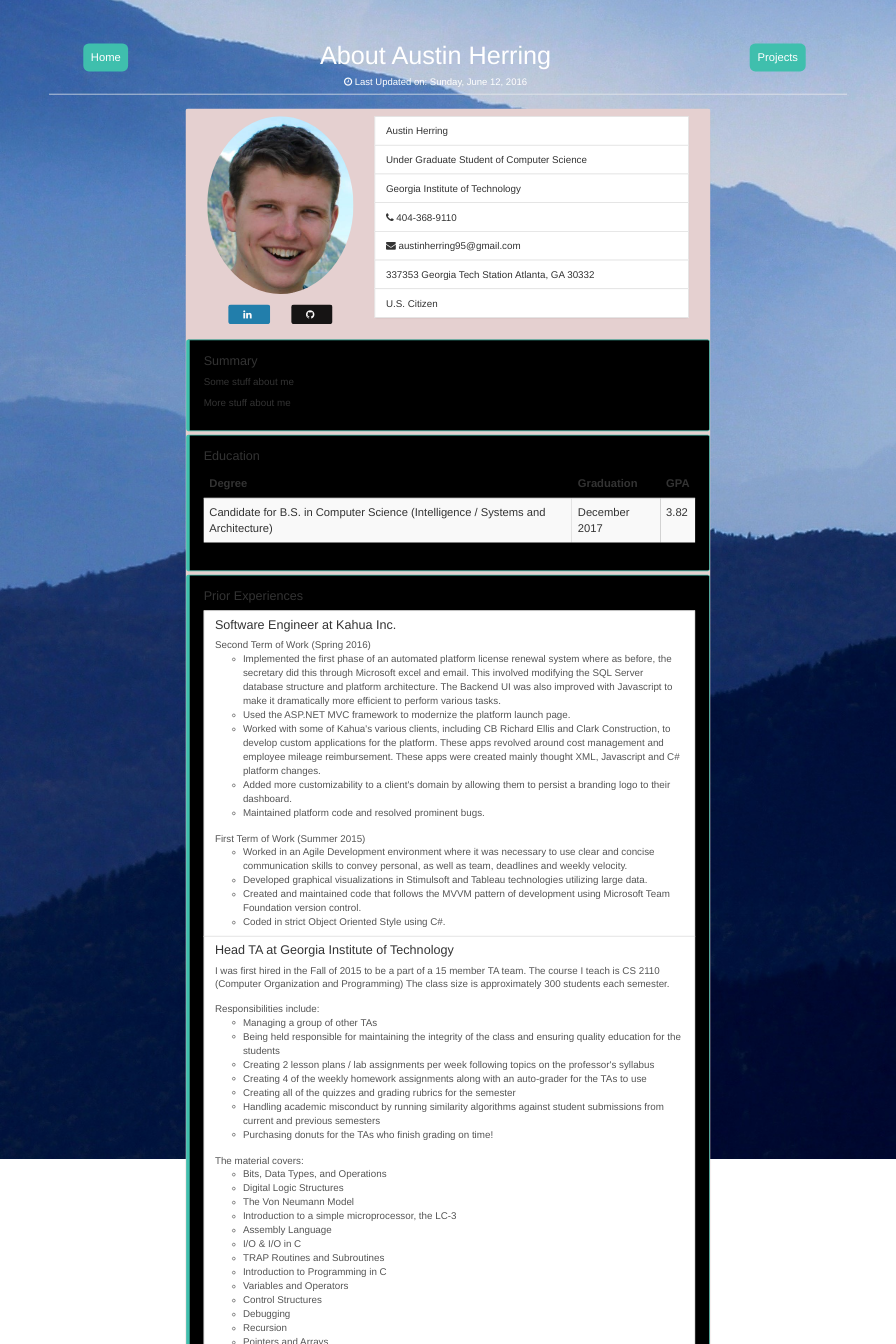
Repository: austinHerring/PersonalWebsite
Page: PersonalWebsite/WebContent/about.html
These files come from the project's save history. The page is drawn as it stood at one moment and after the next save; the edit follows.
The browser window is 1280 px wide. The pictures show the part of the page from y = 0 to 1920 px (the page is 2987 px tall), at 70% of full size.
Some web libraries are served in a nearby version.

Above is the page before, as saved 2016-06-13 03:59:38.

After the next save:
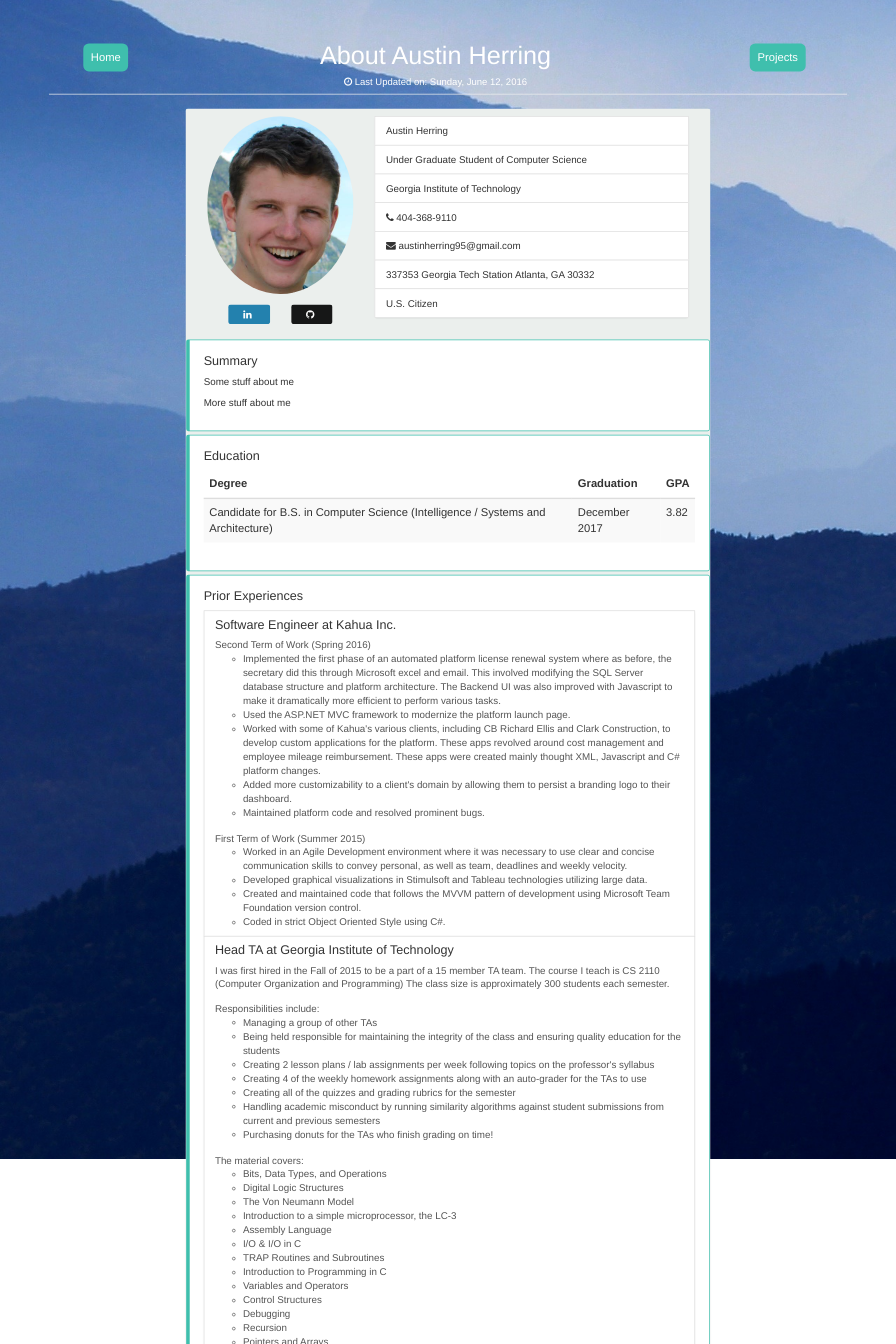
Saved 2 min 13 s later.
--- a/PersonalWebsite/WebContent/css/about.css
+++ b/PersonalWebsite/WebContent/css/about.css
@@ -29,7 +29,7 @@ opacity:0.9;
 
 /* resume stuff */
 .pandel-trans {
-	background-color:#e5d0d0
+	background-color:#ebefed
 }
 
 .bs-callout {
@@ -38,7 +38,7 @@ opacity:0.9;
     -moz-border-right-colors: none;
     -moz-border-top-colors: none;
     border-color: #3fbfad;
-    background-color:black;
+    background-color:white;
     border-image: none;
     border-radius: 3px;
     border-style: solid;
